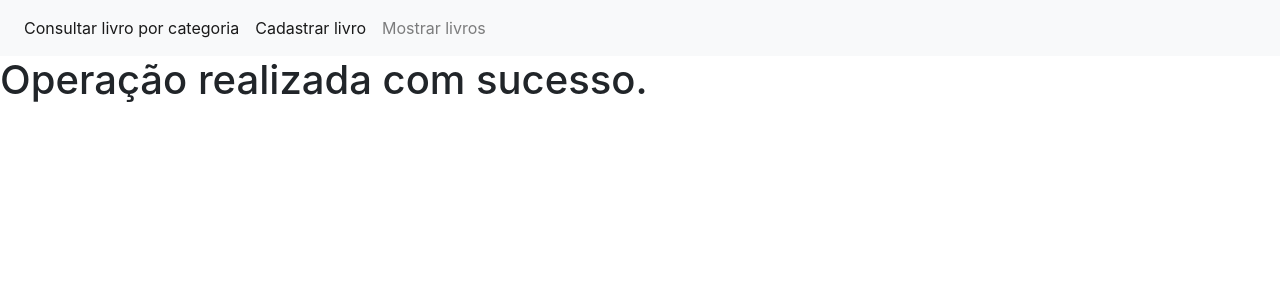
Repository: SrtaVerdant/projeto-livraria
Page: http://localhost/ProjetoLivraria/error.jsp
These files come from the project's save history. The page is drawn as it stood at one moment and after the next save; the edit follows.
The browser window is 1280 px wide. The pictures show the whole page.
Some web libraries are served in a nearby version. The page is served by Tomcat 9.

Above is the page before, as saved 2022-10-29 19:17:25.

After the next save:
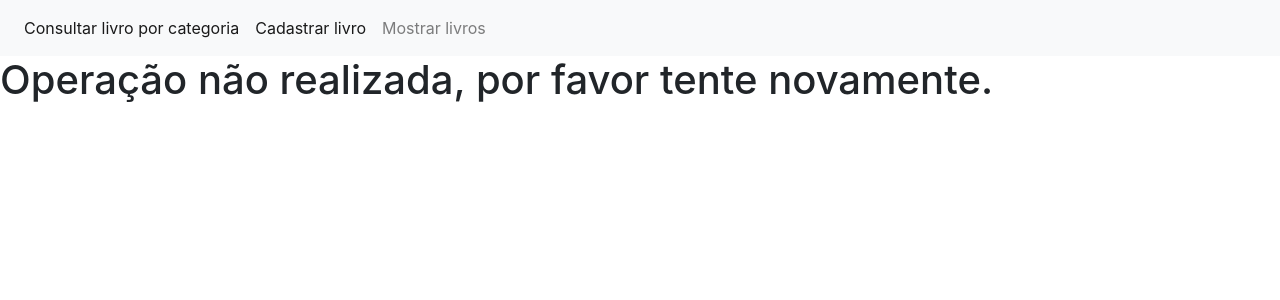
Saved 27 s later.
--- a/ProjetoLivraria/src/main/webapp/error.jsp
+++ b/ProjetoLivraria/src/main/webapp/error.jsp
@@ -37,7 +37,7 @@
 	    </ul>
 	  </div>
 	</nav>
-		<h1>Operação realizada com sucesso.</h1>
+		<h1>Operação não realizada, por favor tente novamente.</h1>
 	</body>
 
 </html>
